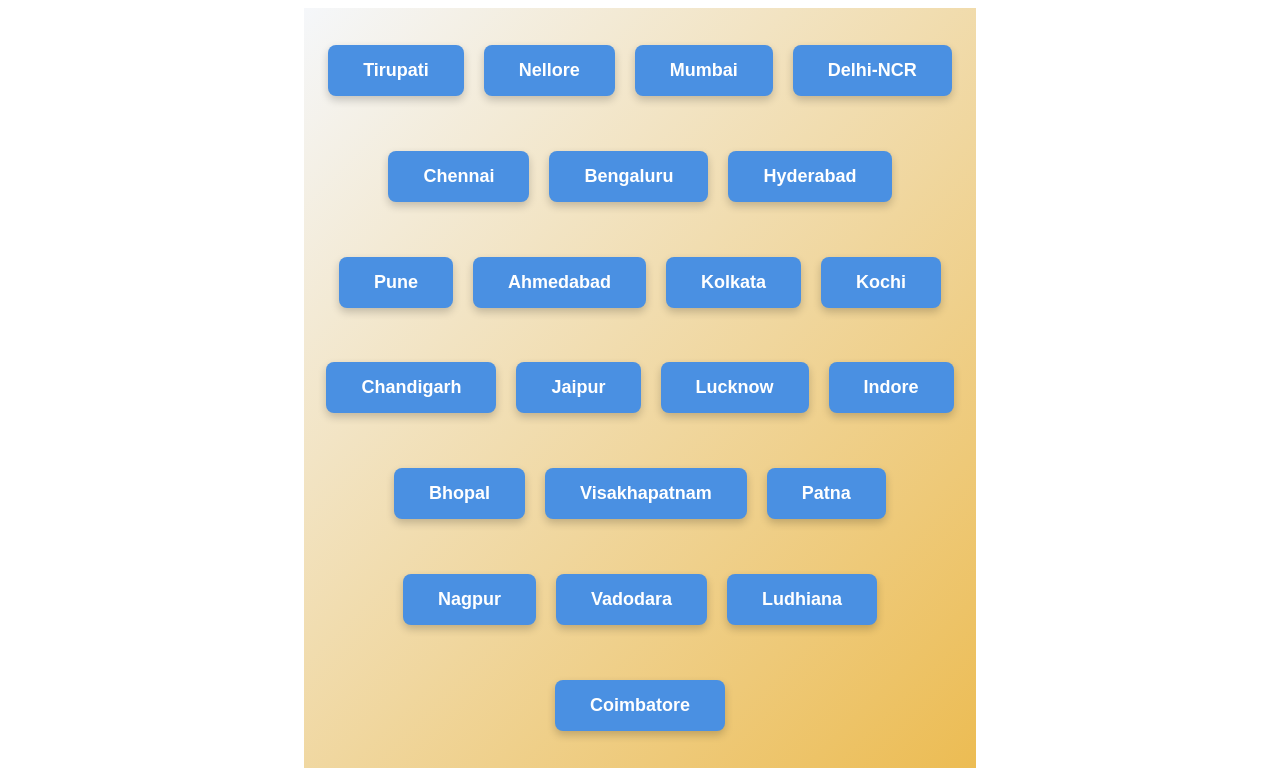
Repository: gnanaprasunag/MovieBookingApp
Page: /navigation (app in frontend/)
An editor plug-in stored every save of this project. The page is shown before and after the next save, followed by the edit.
The browser window is 1280 px wide. The pictures show the whole page.
The page's requests for data from a server got no answer. The project was rebuilt for these pictures with package versions that can differ from the ones it lists, and the page was loaded fresh each time. No one was signed in, and anything a server would have sent is missing. Also part of the build but not shown: frontend/src/components/PrivateRoute.js, frontend/src/components/AuthorizeRoute.js.

Above is the page before, as saved 2025-05-05 02:21:10.

### frontend/src/index.js
import React from 'react';
import ReactDOM from 'react-dom/client';
import App from './App';
import { BrowserRouter } from 'react-router-dom'
import { Provider } from 'react-redux';
import { store } from "./components/store";

store.subscribe(()=>{
  console.log("state",store.getState())
})

const root = ReactDOM.createRoot(document.getElementById('root'));
root.render(
  <BrowserRouter>
    <Provider store={store}>
      <App />
      </Provider>
  </BrowserRouter>
);

### frontend/src/App.js
import { Routes, Route } from 'react-router-dom';
import { ToastContainer } from 'react-toastify';
import 'react-toastify/dist/ReactToastify.css';
import { handleReload } from './components/regSlice';
import { useEffect, lazy, Suspense } from 'react';
import PrivateRoute from './components/PrivateRoute';
import AuthorizeRoute from './components/AuthorizeRoute';
import { useDispatch } from 'react-redux';
import {
    reloadMovies,
    reloadCastcrews,
    reloadSingledate,
    reloadTimeplaces,
    reloadBookinghistory,
    reloadRatings
} from './components/movieSlice';
import { useNavigate } from 'react-router-dom';

// Lazy-loaded components
const Register = lazy(() => import('./pages/registerLoginUserprofile/Register'));
const Login = lazy(() => import('./pages/registerLoginUserprofile/Login'));
const Profile = lazy(() => import('./pages/registerLoginUserprofile/Profile'));
const ListUsers = lazy(() => import('./pages/registerLoginUserprofile/ListUsers'));
const Forbidden = lazy(() => import('./pages/registerLoginUserprofile/Forbidden'));
const Direction = lazy(() => import('./pages/Direction'));

const MovieDetails = lazy(() => import('./pages/movieCreation/MovieDetails'));
const CastcrewDetails = lazy(() => import('./pages/castcrewCreation/CastcrewDetails'));
const TimeplaceDetails = lazy(() => import('./pages/timeplaceCreation/TimeplaceDetails'));
const BookingHistory = lazy(() => import('./pages/bookingHistory/BookingHistory'));
const UserBookingHistory = lazy(() => import('./pages/bookingHistory/UserBookingHistory'));
const RatingDetails = lazy(() => import('./pages/rating/RatingDetails'));
const Ratings = lazy(() => import('./pages/rating/Ratings'));
const AllRatings = lazy(() => import('./pages/rating/AllRatings'));

const Genre = lazy(() => import('./pages/Genre'));
const BrowseHere = lazy(() => import('./pages/BrowseHere'));
const Call = lazy(() => import('./pages/Call'));
const VoiceSearch = lazy(() => import('./pages/VoiceSearch'));
const InitialPage = lazy(() => import('./pages/InitialPage'));
const Navigation = lazy(() => import('./pages/Navigation'));
const FandQ = lazy(() => import('./pages/FandQ'));
const Pay = lazy(() => import('./pages/Pay'));
const Onmovieclick = lazy(() => import('./pages/Onmovieclick'));
const Onlocationclick = lazy(() => import('./pages/Onlocationclick'));
const Onbooktickets = lazy(() => import('./pages/Onbooktickets'));
const Onplaceclick = lazy(() => import('./pages/Onplaceclick'));
const Snack = lazy(() => import('./pages/Snack'));
const AllDetails = lazy(() => import('./pages/AllDetails'));
const BookingSummary = lazy(() => import('./pages/BookingSummary'));
const AvailableOffers = lazy(() => import('./pages/AvailableOffers'));
const ApplicableOffers = lazy(() => import('./pages/ApplicableOffers'));

function App() {
    const navigate = useNavigate();
    const dispatch = useDispatch();

    // Reload data and user session when app starts
    useEffect(() => {
        (async () => {
            try {
                console.log('before reload dispatch');
                console.log('in useEffect in app handleReload', handleReload);

                if (localStorage.getItem('token')) {
                    dispatch(handleReload());
                }
                dispatch(reloadMovies());
                dispatch(reloadCastcrews());
                dispatch(reloadTimeplaces());
                dispatch(reloadBookinghistory());
                dispatch(reloadRatings());
                dispatch(reloadSingledate());
            } catch (err) {
                console.log('error', err);
            }
        })();
    }, []);

    // Redirect "/" to /initialpage
    useEffect(() => {
        if (window.location.pathname === '/') {
            navigate('/initialpage');
        }
    }, []);

    return (
        <div className="App">
            <Suspense fallback={<div>Loading...</div>}>
                <Routes>
                    <Route path="/register" element={<Register />} />
                    <Route path="/login" element={<Login />} />
                    <Route path="/direction" element={<Direction />} />

                    <Route path="/moviedetails" element={<PrivateRoute><MovieDetails /></PrivateRoute>} />
                    <Route path="/castcrewdetails" element={<PrivateRoute><CastcrewDetails /></PrivateRoute>} />
                    <Route path="/timeplacedetails" element={<PrivateRoute><TimeplaceDetails /></PrivateRoute>} />
                    <Route path="/bookinghistory" element={<PrivateRoute><BookingHistory /></PrivateRoute>} />
                    <Route path="/userbookinghistory" element={<PrivateRoute><UserBookingHistory /></PrivateRoute>} />
                    <Route path="/ratingdetails" element={<PrivateRoute><RatingDetails /></PrivateRoute>} />
                    <Route path="/ratings" element={<Ratings />} />
                    <Route path="/allratings" element={<AllRatings />} />
                    <Route path="/alldetails" element={<PrivateRoute><AllDetails /></PrivateRoute>} />
                    <Route path="/availableoffers" element={<AvailableOffers />} />
                    <Route path="/applicableoffers" element={<PrivateRoute><ApplicableOffers /></PrivateRoute>} />
                    <Route path="/bookingsummmary" element={<PrivateRoute><BookingSummary /></PrivateRoute>} />
                    <Route path="/genre" element={<Genre />} />
                    <Route path="/browsehere" element={<BrowseHere />} />
                    <Route path="/call" element={<PrivateRoute><Call /></PrivateRoute>} />
                    <Route path="/snack" element={<PrivateRoute><Snack /></PrivateRoute>} />
                    <Route path="/voicesearch" element={<VoiceSearch />} />
                    <Route path="/navigation" element={<Navigation />} />
                    <Route path="/initialpage" element={<InitialPage />} />
                    <Route path="/profile" element={<PrivateRoute><Profile /></PrivateRoute>} />
                    <Route path="/fandq" element={<FandQ />} />
                    <Route path="/pay" element={<PrivateRoute><Pay /></PrivateRoute>} />
                    <Route path="/onmovieclick" element={<Onmovieclick />} />
                    <Route path="/onplaceclick" element={<Onplaceclick />} />
                    <Route path="/onlocationclick" element={<Onlocationclick />} />
                    <Route path="/onbooktickets" element={<Onbooktickets />} />

                    <Route path="/listusers" element={
                        <PrivateRoute>
                            <AuthorizeRoute roles={['admin', 'moderator']}>
                                <ListUsers />
                            </AuthorizeRoute>
                        </PrivateRoute>
                    } />

                    <Route path="/forbidden" element={<Forbidden />} />
                </Routes>
            </Suspense>
            <ToastContainer />
        </div>
    );
}

export default App;

### frontend/src/components/store.js
import { configureStore } from "@reduxjs/toolkit";
import userReducer from "./regSlice";
import movieReducer from "./movieSlice";

export const store = configureStore({
  reducer: {
    user: userReducer,
    movieSlice:movieReducer
  },
});

console.log(store.getState());

### frontend/src/components/regSlice.js
import { createSlice, createAsyncThunk } from '@reduxjs/toolkit';
import { toast } from 'react-toastify';
import axios from '../config/axios';

// ------------------------------
// 🟢 Async Thunks
// ------------------------------

const handleApiErrors = (err, rejectWithValue, defaultMsg = 'An error occurred') => {
    if (err.response?.data?.error) {
        return rejectWithValue({ serverErrors: [err.response.data.error] });
    } else if (err.response?.data?.errors) {
        const array = err.response.data.errors.map((ele) => ele.msg);
        return rejectWithValue({ serverErrors: array });
    } else {
        return rejectWithValue({ serverErrors: [defaultMsg] });
    }
};

export const handleEditProfile = createAsyncThunk(
    "users/handleEditProfile",
    async ({ editId, formData }, { rejectWithValue }) => {
        try {
            const response = await axios.put(
                `/api/users/change-profile/${editId}`,
                formData,
                { headers: { 'Authorization': localStorage.getItem('token') } }
            );
            return response.data;
        } catch (err) {
            return handleApiErrors(err, rejectWithValue, 'Failed to edit profile');
        }
    }
);

export const handleRegister = createAsyncThunk(
    "users/handleRegister",
    async (formData, { rejectWithValue }) => {
        try {
            const response = await axios.post('/api/users/register', formData);
            toast('Successfully Registered', { autoClose: 1000 });
            return response.data;
        } catch (err) {
            return handleApiErrors(err, rejectWithValue, 'Registration failed');
        }
    }
);

export const handleReload = createAsyncThunk(
    "users/handleReload",
    async (_, { rejectWithValue }) => {
        try {
            const response = await axios.get('/api/users/account', {
                headers: { 'Authorization': localStorage.getItem('token') }
            });
            return response.data;
        } catch (err) {
            return handleApiErrors(err, rejectWithValue, 'Failed to reload user data');
        }
    }
);

export const handlemailcheck = createAsyncThunk(
    "users/handleEmailcheck",
    async ({ email }, { rejectWithValue }) => {
        try {
            const response = await axios.post('/api/users/mailcheck', { email });
            return response.data;
        } catch (err) {
            return rejectWithValue({
                serverErrors: ['Email ID is not present']
            });
        }
    }
);

export const handleLogin = createAsyncThunk(
    "users/handleLogin",
    async (formData, { rejectWithValue }) => {
        try {
            const response = await axios.post('/api/users/login', formData, {
                headers: { 'Authorization': localStorage.getItem('token') }
            });
            localStorage.setItem('token', response.data.token);
            toast('Successfully logged in');
            return response.data;
        } catch (err) {
            return handleApiErrors(err, rejectWithValue, 'Login failed');
        }
    }
);

// ------------------------------
// 🟢 Slice
// ------------------------------

const initialState = {
    user: null,
    isLoggedin: false,
    error: null,
    status: "idle",
    editId: null
};

const userSlice = createSlice({
    name: "users",
    initialState,
    reducers: {
        handleEditId: (state, action) => {
            state.editId = action.payload;
        },
        handleLogout: (state) => {
            localStorage.removeItem('token');
            state.user = null;
            state.isLoggedin = false;
            state.error = null;
            state.editId = null;
            state.status = "idle";
            toast("Successfully logged out");
        },
        handleServerErrors: (state, action) => {
            state.error = action.payload;
        }
    },
    extraReducers: (builder) => {
        builder
            // Register
            .addCase(handleRegister.pending, (state) => {
                state.status = "loading";
            })
            .addCase(handleRegister.fulfilled, (state, action) => {
                state.status = "success";
                state.user = action.payload;
                state.error = null;
            })
            .addCase(handleRegister.rejected, (state, action) => {
                state.error = action.payload.serverErrors;
            })

            // Login
            .addCase(handleLogin.pending, (state) => {
                state.status = "loading";
            })
            .addCase(handleLogin.fulfilled, (state, action) => {
                state.isLoggedin = true;
                state.user = action.payload.user;
                state.error = null;
            })
            .addCase(handleLogin.rejected, (state, action) => {
                state.error = action.payload.serverErrors;
            })

            // Reload
            .addCase(handleReload.fulfilled, (state, action) => {
                state.isLoggedin = true;
                state.user = action.payload;
                state.error = null;
            })

            // Edit Profile
            .addCase(handleEditProfile.fulfilled, (state, action) => {
                state.editId = null;
                state.user = action.payload;
                state.error = null;
            })
            .addCase(handleEditProfile.rejected, (state, action) => {
                state.error = action.payload.serverErrors;
            });
    }
});

export const { handleLogout, handleServerErrors, handleEditId } = userSlice.actions;
export default userSlice.reducer;

### frontend/src/components/movieSlice.js
import { createSlice, createAsyncThunk } from '@reduxjs/toolkit';
import axios from '../config/axios';


const handleApiErrors = (err, rejectWithValue) => {
    if (err.response?.data?.error) {
        return rejectWithValue({ serverErrors: [err.response.data.error] });
    } else if (err.response?.data?.errors) {
        const array = err.response.data.errors.map(ele => ele.msg);
        return rejectWithValue({ serverErrors: array });
    } else {
        return rejectWithValue({ serverErrors: ['Unknown error occurred'] });
    }
};

export const reloadSingledate = createAsyncThunk(
    "movies/reloadSingledate",
    async (_, { rejectWithValue }) => {
        try {
            const response = await axios.get('/api/singledate');
            return response.data;
        } catch (err) {
            return handleApiErrors(err, rejectWithValue);
        }
    }
);

export const reloadMovies = createAsyncThunk(
    "movies/reloadMovies",
    async (_, { rejectWithValue }) => {
        try {
            const response = await axios.get('/api/movies');
            return response.data;
        } catch (err) {
            return handleApiErrors(err, rejectWithValue);
        }
    }
);

export const reloadCastcrews = createAsyncThunk(
    "movies/reloadCastcrews",
    async (_, { rejectWithValue }) => {
        try {
            const response = await axios.get('/api/castcrew');
            return response.data;
        } catch (err) {
            return handleApiErrors(err, rejectWithValue);
        }
    }
);

export const reloadTimeplaces = createAsyncThunk(
    "movies/reloadTimeplaces",
    async (_, { rejectWithValue }) => {
        try {
            const response = await axios.get('/api/timeplace');
            return response.data;
        } catch (err) {
            return handleApiErrors(err, rejectWithValue);
        }
    }
);

export const reloadBookinghistory = createAsyncThunk(
    "movies/reloadBookinghistory",
    async (_, { rejectWithValue }) => {
        try {
            const response = await axios.get('/api/bookinghistory');
            return response.data;
        } catch (err) {
            return handleApiErrors(err, rejectWithValue);
        }
    }
);

export const reloadRatings = createAsyncThunk(
    "movies/reloadRatings",
    async (_, { rejectWithValue }) => {
        try {
            const response = await axios.get('/api/rating');
            return response.data;
        } catch (err) {
            return handleApiErrors(err, rejectWithValue);
        }
    }
);

// ------------------------------
// 🟢 Slice
// ------------------------------

const initialState = {
    allmovies: null,
    allcastcrews: null,
    alltimeplaces: null,
    allbookinghistories: null,
    allratings: null,
    allsingledate: null,
    error: null,
    status: "idle",
    editId: null
};

const movieSlice = createSlice({
    name: "movies",
    initialState,
    reducers: {
        handleEditId: (state, action) => {
            state.editId = action.payload;
        },
        handleServerErrors: (state, action) => {
            state.error = action.payload;
        },
        moviesAfterEdit: (state, action) => {
            state.allmovies = action.payload;
        },
        castcrewAfterRemove: (state, action) => {
            state.allcastcrews = action.payload;
        },
        timeplaceAfterRemove: (state, action) => {
            state.alltimeplaces = action.payload;
        },
        ratingAfterRemove: (state, action) => {
            state.allratings = action.payload;
        }
    },
    extraReducers: (builder) => {
        builder
            .addCase(reloadMovies.pending, (state) => {
                state.status = "loading";
            })
            .addCase(reloadMovies.fulfilled, (state, action) => {
                state.allmovies = action.payload;
                state.status = "idle";
            })
            .addCase(reloadMovies.rejected, (state, action) => {
                state.error = action.payload?.serverErrors;
                state.status = "idle";
            })
            .addCase(reloadSingledate.fulfilled, (state, action) => {
                state.allsingledate = action.payload;
            })
            .addCase(reloadCastcrews.fulfilled, (state, action) => {
                state.allcastcrews = action.payload;
            })
            .addCase(reloadCastcrews.rejected, (state, action) => {
                state.error = action.payload?.serverErrors;
            })
            .addCase(reloadTimeplaces.fulfilled, (state, action) => {
                state.alltimeplaces = action.payload;
            })
            .addCase(reloadBookinghistory.fulfilled, (state, action) => {
                state.allbookinghistories = action.payload;
            })
            .addCase(reloadRatings.fulfilled, (state, action) => {
                state.allratings = action.payload;
            });
    }
});

export const {
    handleEditId,
    handleServerErrors,
    moviesAfterEdit,
    castcrewAfterRemove,
    timeplaceAfterRemove,
    ratingAfterRemove
} = movieSlice.actions;

export default movieSlice.reducer;

### frontend/src/pages/Navigation.js
import { useState } from "react";
import { useNavigate } from "react-router-dom";
import "./navigation.css"; // Assuming the CSS file is in the same directory

export default function Navigation() {
  const navigate = useNavigate();
  const [selectedLocation, setSelectedLocation] = useState("");

  const places = [
    "Tirupati",
    "Nellore",
    "Mumbai",
    "Delhi-NCR",
    "Chennai",
    "Bengaluru",
    "Hyderabad",
    "Pune",
    "Ahmedabad",
    "Kolkata",
    "Kochi",
    "Chandigarh",
    "Jaipur",
    "Lucknow",
    "Indore",
    "Bhopal",
    "Visakhapatnam",
    "Patna",
    "Nagpur",
    "Vadodara",
    "Ludhiana",
    "Coimbatore",
  ];

  const handleClick = (ele) => {
    setSelectedLocation(ele);
    navigate("/initialpage", { state: { selectedlocation: ele } });
  };

  return (
    <div className="navigation-container">
      {places.map((ele, i) => (
        <button
          key={i}
          onClick={() => handleClick(ele)}
          className="location-button"
        >
          {ele}
        </button>
      ))}
    </div>
  );
}

### frontend/src/config/axios.js
import axios from 'axios'
//we can create axios configuration object
export default axios.create({
    baseURL:'http://localhost:9213'
})

### frontend/src/pages/navigation.css
/* Full-page container styling */
.navigation-container {
    display: flex;
    flex-wrap: wrap;
    justify-content: center;
    align-items: center;
    min-height: 100vh;
    background: linear-gradient(135deg, #f5f7fa, #ecbc53); /* Soft gradient */
    gap: 20px;
    padding: 20px;
    max-width:50%;
    margin:0 auto;
}

/* Location button styling */
.location-button {
    padding: 15px 35px;
    background-color: #4a90e2; /* Elegant blue */
    color: #fff;
    border: none;
    border-radius: 8px;
    font-size: 18px;
    font-weight: 600;
    cursor: pointer;
    box-shadow: 0 4px 8px rgba(0, 0, 0, 0.2);
    transition: all 0.3s ease;
    text-transform: capitalize;
}

/* Hover effect */
.location-button:hover {
    background-color: #357ABD;
    transform: translateY(-3px);
    box-shadow: 0 6px 12px rgba(0, 0, 0, 0.3);
}

/* Click effect */
.location-button:active {
    transform: translateY(0);
    box-shadow: 0 4px 8px rgba(0, 0, 0, 0.2);
}

Loaded but not shown: frontend/public/index.html (common file)

After the next save:
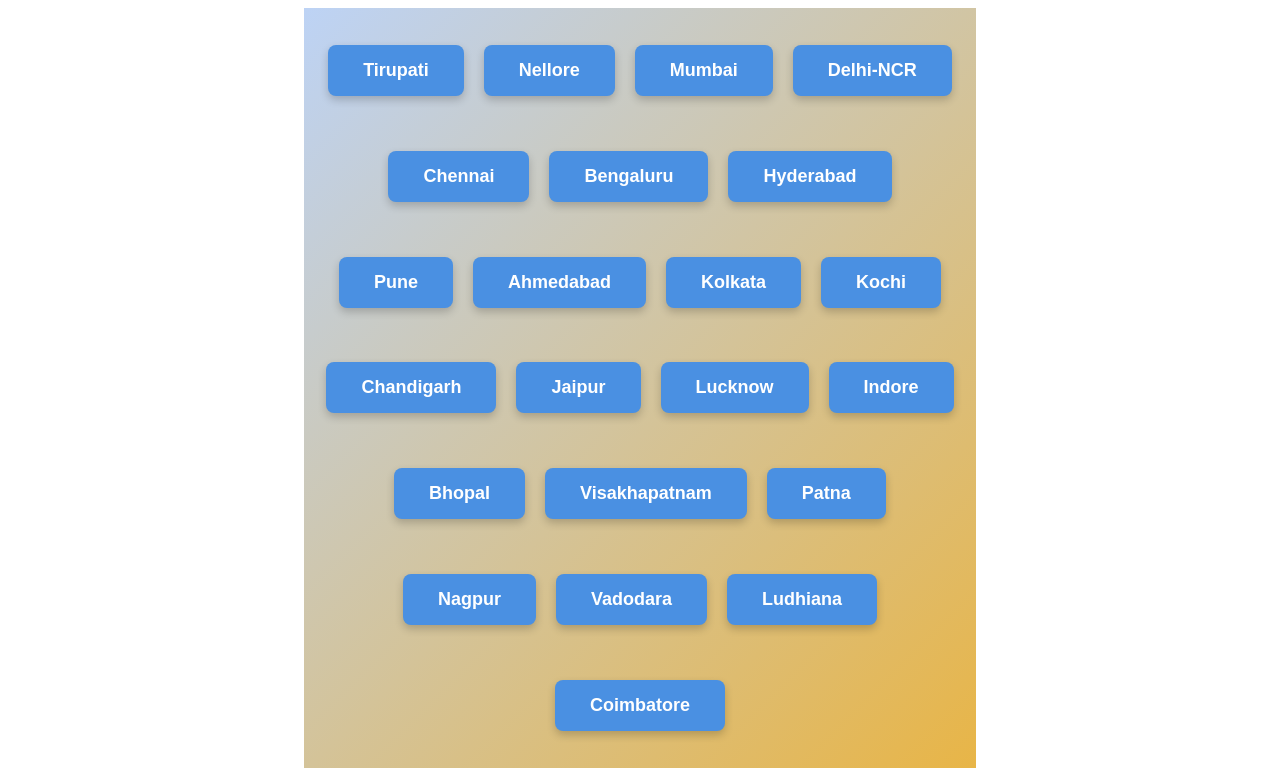
Saved 30 s later.
--- a/frontend/src/pages/navigation.css
+++ b/frontend/src/pages/navigation.css
@@ -5,7 +5,7 @@
     justify-content: center;
     align-items: center;
     min-height: 100vh;
-    background: linear-gradient(135deg, #f5f7fa, #ecbc53); /* Soft gradient */
+    background: linear-gradient(135deg, #bdd3f5, #e8b547); /* Soft gradient */
     gap: 20px;
     padding: 20px;
     max-width:50%;
